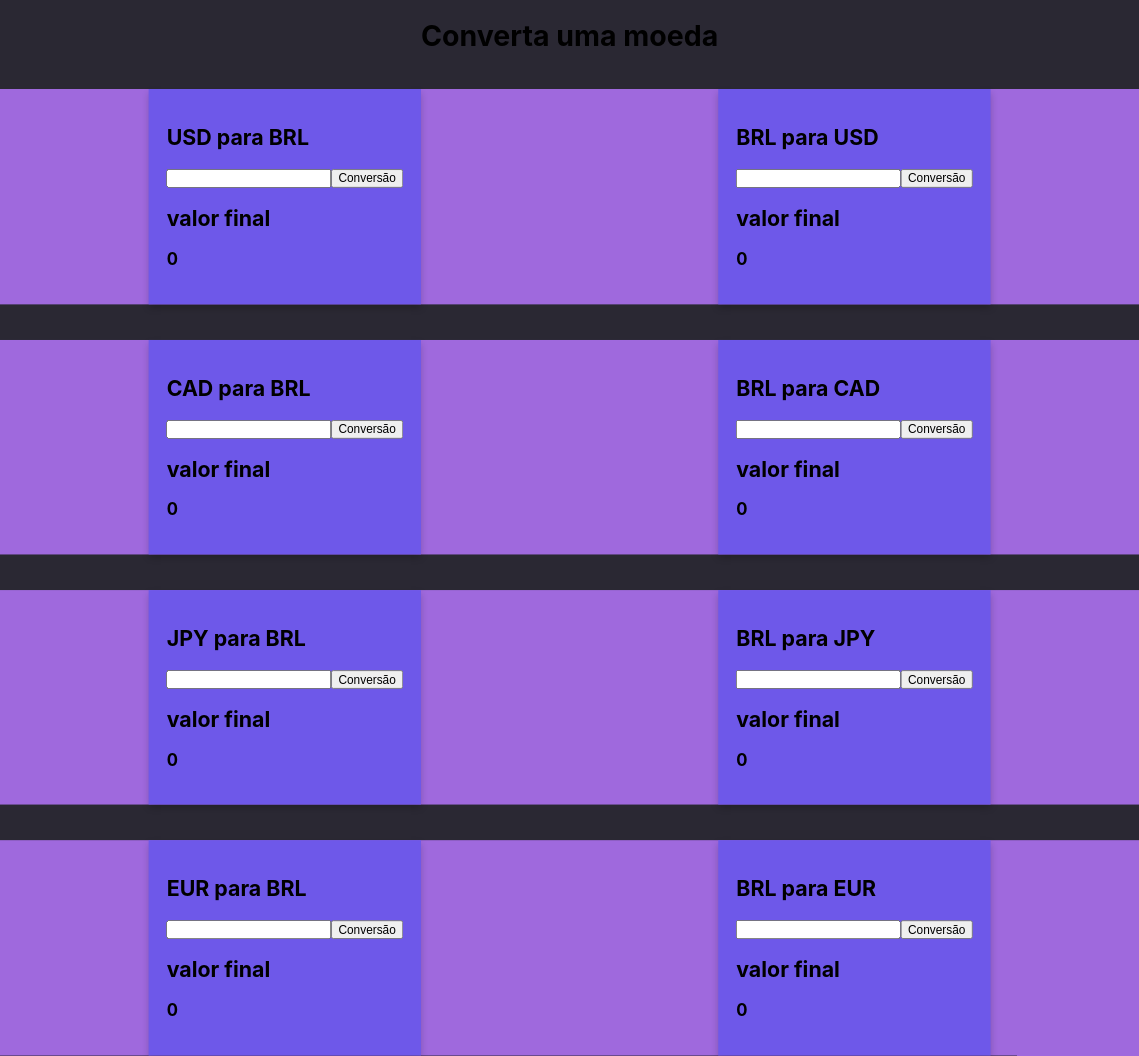
Repository: DeanLemosXD/Currency-converter
Page: /
The author's editor kept a copy of each file at every save. The page is drawn from the files as they stood at one save, then again after the next save.
The browser window is 1280 px wide. The pictures show the whole page, at 89% of full size.
The project was rebuilt for these pictures with package versions that can differ from the ones it lists, and the page was loaded fresh each time.

Above is the page before, as saved 2021-10-19 18:27:53.

After the next save:
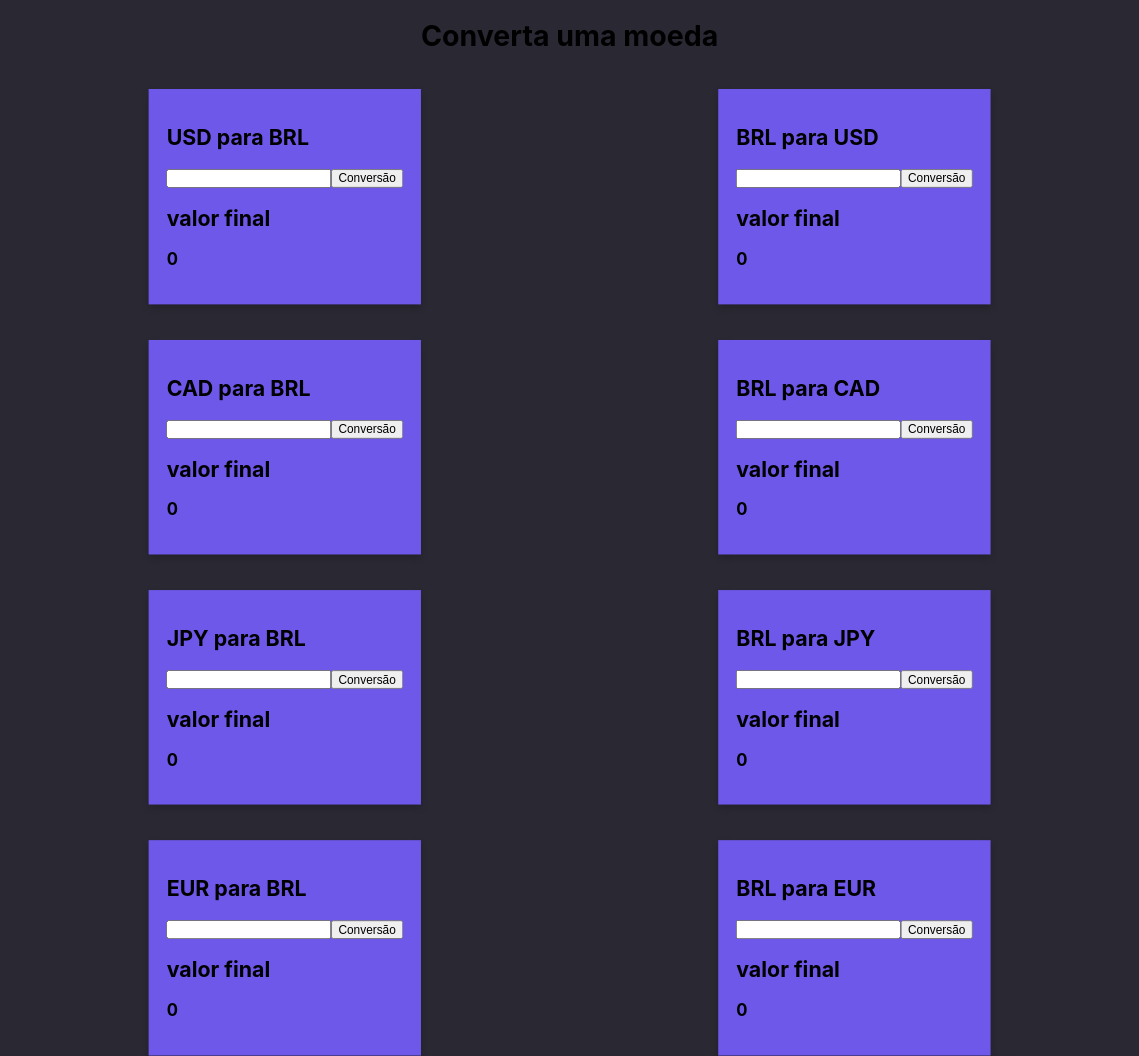
Saved 6 s later.
--- a/src/App.css
+++ b/src/App.css
@@ -2,7 +2,7 @@
     display:flex;
     margin-top:  40px;
     justify-content: space-around;
-    background-color:rgb(159, 105, 221)
+
 
 }
 
